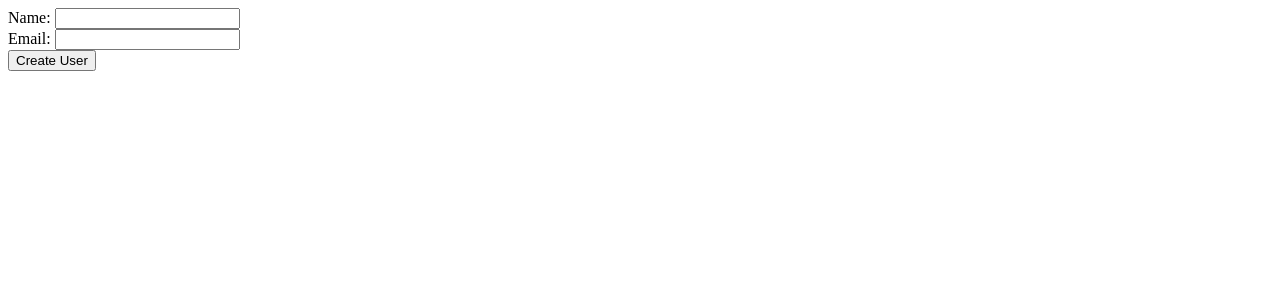
Repository: 2001Yogi/JavaWebAssignment
Page: http://localhost/JSPCRUD/
An editor plug-in stored every save of this project. The page is shown before and after the next save, followed by the edit.
The browser window is 1280 px wide. The pictures show the whole page.
The page is served by Tomcat 9.

Above is the page before, as saved 2024-09-18 11:59:21.

After the next save:
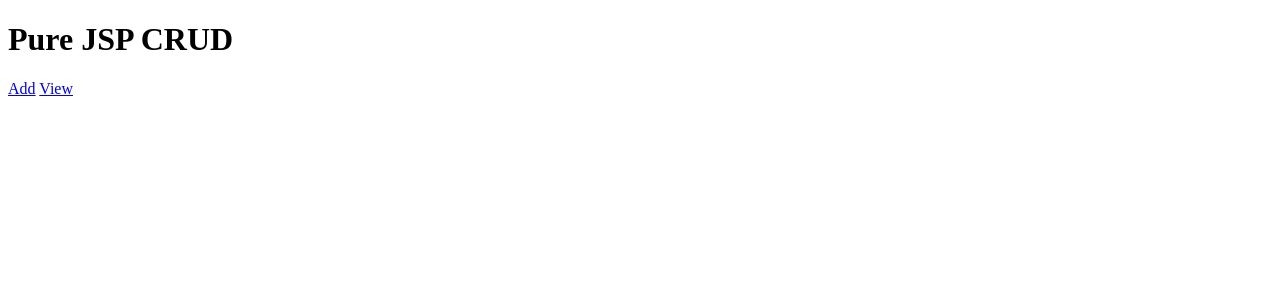
Saved 82 s later.
--- a/JSPCRUD/src/main/webapp/index.jsp
+++ b/JSPCRUD/src/main/webapp/index.jsp
@@ -1,5 +1,4 @@
-<%@page import="java.sql.PreparedStatement"%>
-	<%@ include file="dbconnection.jsp" %>
+
 <%@ page language="java" contentType="text/html; charset=ISO-8859-1"
     pageEncoding="ISO-8859-1"%>
 <!DOCTYPE html>
@@ -9,31 +8,8 @@
 <title>Insert title here</title>
 </head>
 <body>
-
-
-<%
-    String name = request.getParameter("name");
-    String email = request.getParameter("email");
-
-    if (name != null && email != null) {
-        try {
-            String query = "INSERT INTO record (name, email) VALUES (?, ?)";
-            PreparedStatement pst = conn.prepareStatement(query);
-            pst.setString(1, name);
-            pst.setString(2, email);
-            pst.executeUpdate();
-            out.println("User created successfully!");
-
-        } catch (Exception e) {
-            e.printStackTrace();
-        }
-    }
-%>
-
-<form method="post">
-    Name: <input type="text" name="name"><br>
-    Email: <input type="text" name="email"><br>
-    <input type="submit" value="Create User">
-</form>
+<h1>Pure JSP CRUD</h1>
+<a href="add.jsp">Add</a>
+<a href="add.jsp">View</a>
 </body>
 </html>
